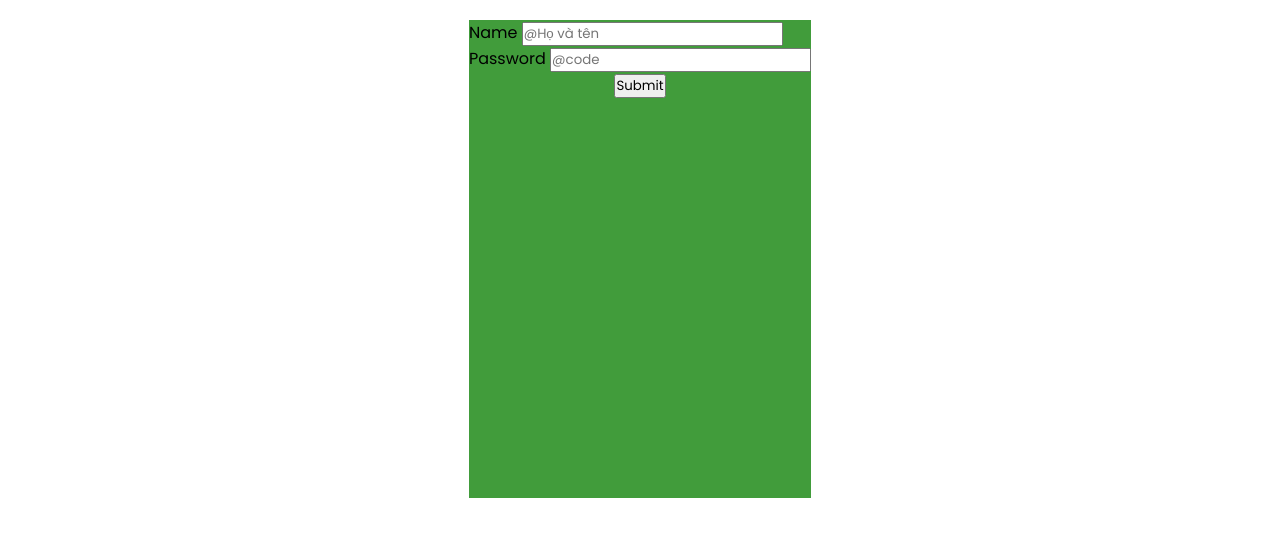
Repository: TruongVu299/Nhom21_NguyenThiNgocLam_DoTruongVu
Page: SourcesCode/index2.html
The author's editor kept a copy of each file at every save. The page is drawn from the files as they stood at one save, then again after the next save.
The browser window is 1280 px wide. The pictures show the whole page.

Above is the page before, as saved 2023-04-22 02:57:20.

After the next save:
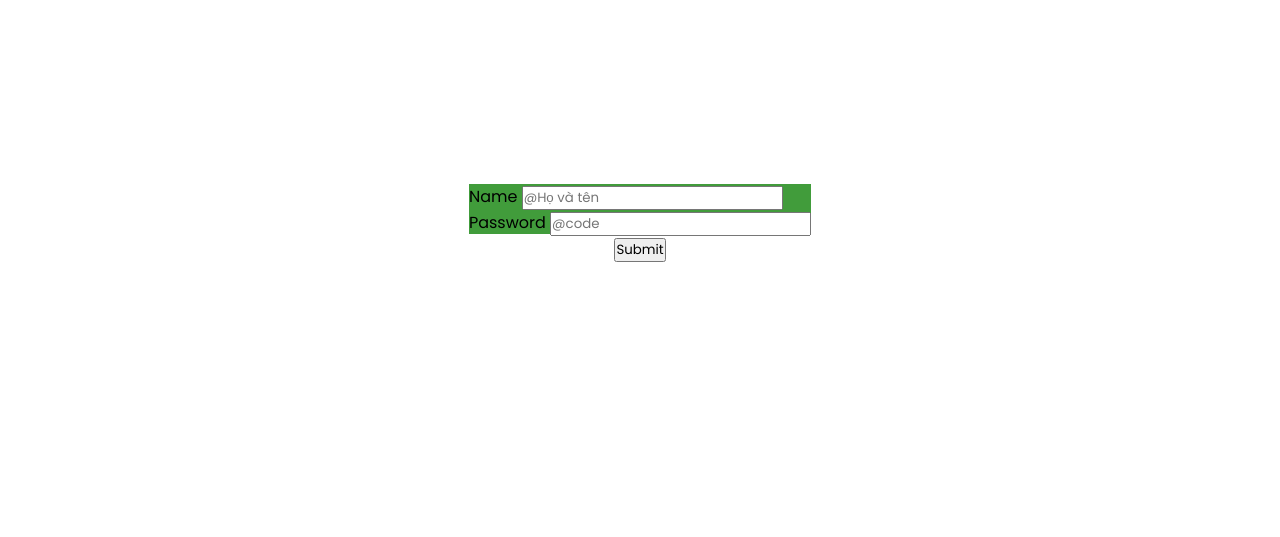
Saved 64 s later.
--- a/SourcesCode/style2.css
+++ b/SourcesCode/style2.css
@@ -8,9 +8,9 @@
 }
 #wrapper {
     width:max-content;
-    height: 478px;
+    height: 50px;
     margin:0px auto;
-    margin-top:20px;
+    margin-top:184px;
     margin-bottom: 50px;
     background:#419c3b;
 
